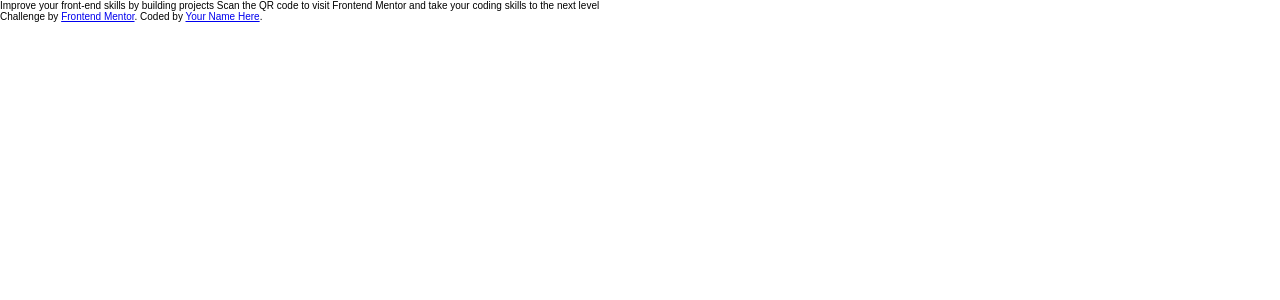
Repository: thaibaocoder1/qr-code-component
Page: index.html
The author's editor kept a copy of each file at every save. The page is drawn from the files as they stood at one save, then again after a run of saves.
The browser window is 1280 px wide. The pictures show the whole page.

Above is the page before, as saved 2023-01-05 14:51:13.

### index.html
<!DOCTYPE html>
<html lang="en">
<head>
  <meta charset="UTF-8">
  <meta name="viewport" content="width=device-width, initial-scale=1.0">
  <link rel="icon" type="image/png" sizes="32x32" href="./images/favicon-32x32.png">
  <title>Frontend Mentor | QR code component</title>
  <link rel="stylesheet" href="./styles.css">
  <link rel="preconnect" href="https://fonts.googleapis.com">
  <link rel="preconnect" href="https://fonts.gstatic.com" crossorigin>
  <link href="https://fonts.googleapis.com/css2?family=Outfit:wght@400;700&display=swap" rel="stylesheet">
</head>
<body>

  Improve your front-end skills by building projects

  Scan the QR code to visit Frontend Mentor and take your coding skills to the next level

  <div class="attribution">
    Challenge by <a href="https://www.frontendmentor.io?ref=challenge" target="_blank">Frontend Mentor</a>.
    Coded by <a href="#">Your Name Here</a>.
  </div>
</body>
</html>

### styles.css
* {
    margin: 0;
    padding: 0;
    box-sizing: border-box;
    border: none;
    outline: none;
    transition: all 0.2s linear;
}
html {
    font-size: 62.5%;
}
body {
    font-family: "Poppins", sans-serif;
    text-rendering: optimizeLegibility;
    scroll-behavior: smooth;
}
:root {
    --white: hsl(0, 0%, 100%);
    --light-gray: hsl(212, 45%, 89%);
    --grayish-blue: hsl(220, 15%, 55%);
    --dark-blue: hsl(218, 44%, 22%);
    --main-color: hsl(228, 45%, 44%);
}
img {
    max-width: 100%;
}

After the next 4 saves:
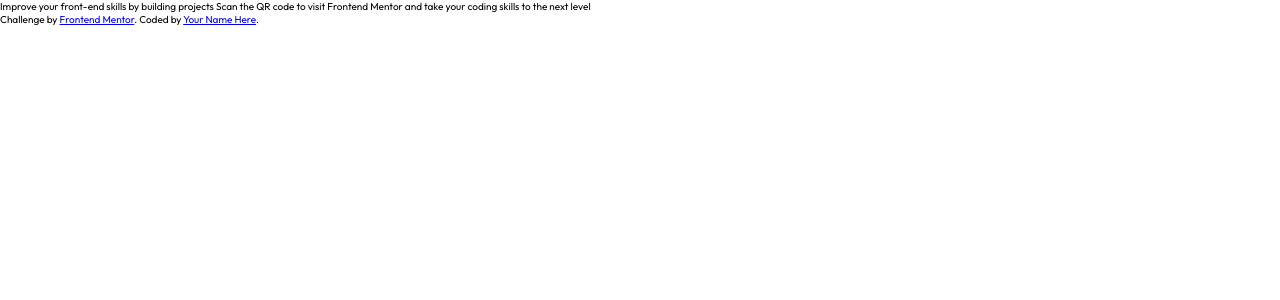
The 4 saves are shown as one change because they came seconds apart.
The last was saved 9 s later.
--- a/styles.css
+++ b/styles.css
@@ -10,7 +10,7 @@
     font-size: 62.5%;
 }
 body {
-    font-family: "Poppins", sans-serif;
+    font-family: "Outfit", sans-serif;
     text-rendering: optimizeLegibility;
     scroll-behavior: smooth;
 }
